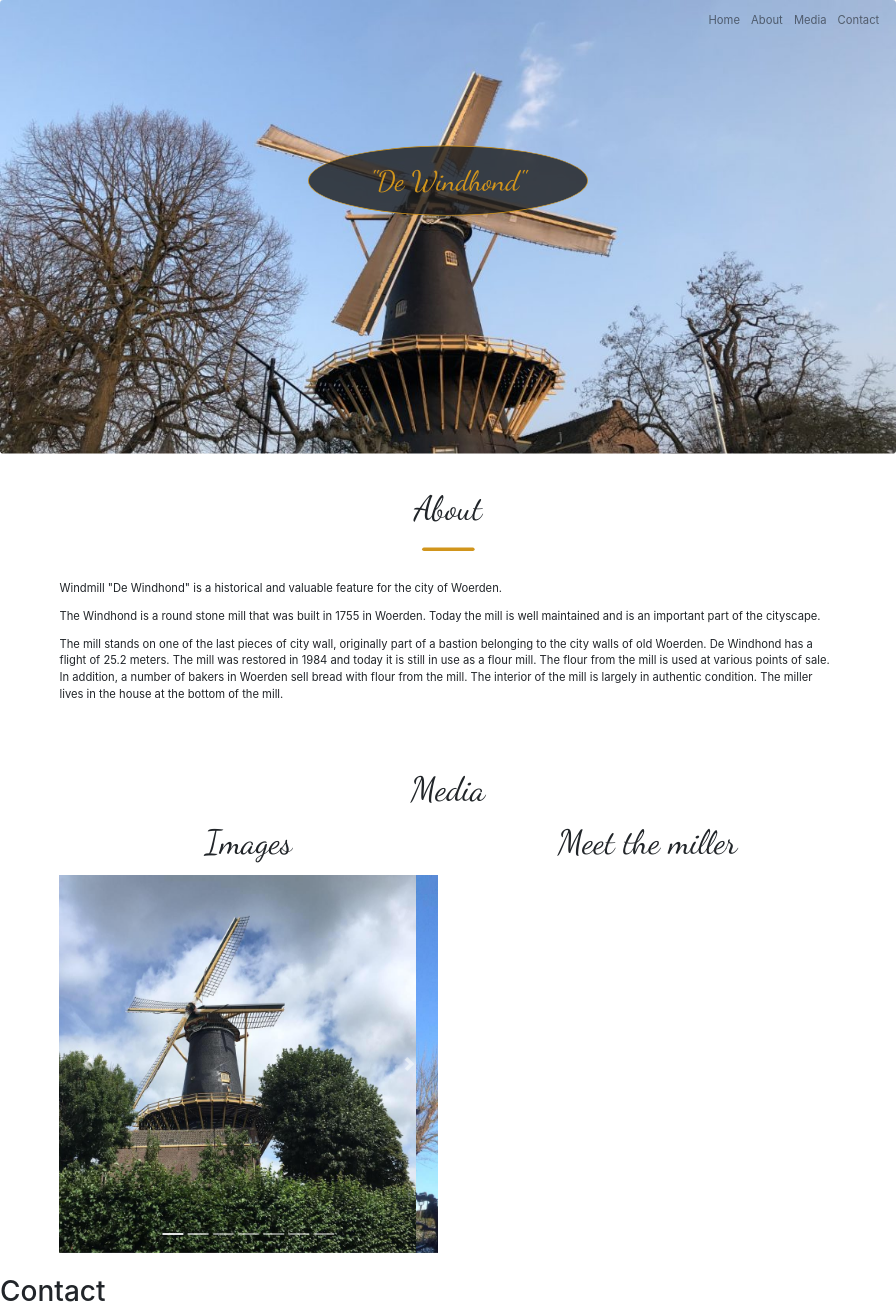
Repository: jdl208/DeWindhond
Page: index.html
The author's editor kept a record of every edit. The page is drawn from the files as they stood at one moment, then again after the next edit.
The browser window is 1280 px wide. The pictures show the whole page, at 70% of full size.
Pictures or frames that could not be fetched are drawn as grey boxes. Some web libraries are served in a nearby version.

Above is the page before.

### index.html
<!DOCTYPE html>
<html lang="en">

<head>
    <meta charset="UTF-8">
    <meta name="viewport" content="width=device-width, initial-scale=1.0">
    <meta http-equiv="X-UA-Compatible" content="ie=edge">
    <title>Windmill "De Windhond"</title>
    <link rel="stylesheet" href="https://stackpath.bootstrapcdn.com/bootstrap/4.3.1/css/bootstrap.min.css" integrity="sha384-ggOyR0iXCbMQv3Xipma34MD+dH/1fQ784/j6cY/iJTQUOhcWr7x9JvoRxT2MZw1T" crossorigin="anonymous">
    <link href="https://fonts.googleapis.com/css?family=Dancing+Script:400,700&display=swap" rel="stylesheet">
    <link rel="stylesheet" href="assets/css/style.css" type="text/css" />

</head>

<body>

    <!-- Header and Navigation-->

    <header class="jumbotron" id="home">
        <nav class="navbar fixed-top navbar-expand-lg navbar-light">
            <div class="navbar-brand" href="#"></div>
            <button class="navbar-toggler" type="button" data-toggle="collapse" data-target="#navbarTogglerDemo02" aria-controls="navbarTogglerDemo02" aria-expanded="false" aria-label="Toggle navigation">
                <span class="navbar-toggler-icon"></span>
            </button>

            <div class="collapse navbar-collapse" id="navbarTogglerDemo02">
                <ul class="navbar-nav ml-auto mt-2 mt-lg-0">
                    <li class="nav-item ml-auto">
                        <a class="nav-link" href="#home">Home <span class="sr-only">(current)</span></a>
                    </li>
                    <li class="nav-item ml-auto">
                        <a class="nav-link" href="#about">About</a>
                    </li>
                    <li class="nav-item ml-auto">
                        <a class="nav-link" href="#media">Media</a>
                    </li>
                    <li class="nav-item ml-auto">
                        <a class="nav-link" href="#contact">Contact</a>
                    </li>
                </ul>
            </div>
        </nav>
        <h1 class="name">"De Windhond"
        </h1>
    </header>

    <!-- About the Mill -->

    <section class="dark-bg-yellow-letters sectioncontainer" id="about">
        <div class="container about">
            <h2>About</h2>
            <hr class="block-divider yellow-divider">
            <p>Windmill "De Windhond" is a historical and valuable feature for the city of Woerden.</P>
            <p>The Windhond is a round stone mill that was built in 1755 in Woerden. Today the mill is well maintained and is an important part of the cityscape.</p>
            <p>The mill stands on one of the last pieces of city wall, originally part of a bastion belonging to the city walls of old Woerden. De Windhond has a flight of 25.2 meters. The mill was restored in 1984 and today it is still in use as a flour
                mill. The flour from the mill is used at various points of sale. In addition, a number of bakers in Woerden sell bread with flour from the mill. The interior of the mill is largely in authentic condition. The miller lives in the house
                at the bottom of the mill.
            </p>
        </div>
    </section>

    <section id="media" class="sectioncontainer mediabox">
        <div class="container ">
            <H2>Media</H2>
            <div class="row">
                <div class="col-md-6 imagebox">
                    <h3>Images</h3>
                    <div id="carouselExampleIndicators" class="carousel slide mediacarroussel" data-ride="carousel">
                        <ol class="carousel-indicators">
                            <li data-target="#carouselExampleIndicators" data-slide-to="0" class="active"></li>
                            <li data-target="#carouselExampleIndicators" data-slide-to="1"></li>
                            <li data-target="#carouselExampleIndicators" data-slide-to="2"></li>
                            <li data-target="#carouselExampleIndicators" data-slide-to="3"></li>
                            <li data-target="#carouselExampleIndicators" data-slide-to="4"></li>
                            <li data-target="#carouselExampleIndicators" data-slide-to="5"></li>
                            <li data-target="#carouselExampleIndicators" data-slide-to="6"></li>
                        </ol>
                        <div class="carousel-inner">
                            <div class="carousel-item active">
                                <img src="assets/images/img1.jpg" class="d-block" alt="...">
                            </div>
                            <div class="carousel-item">
                                <img src="assets/images/img2.jpg" class="d-block" alt="...">
                            </div>
                            <div class="carousel-item">
                                <img src="assets/images/img3.jpg" class="d-block" alt="...">
                            </div>
                            <div class="carousel-item">
                                <img src="assets/images/img4.jpg" class="d-block" alt="...">
                            </div>
                            <div class="carousel-item">
                                <img src="assets/images/img5.jpg" class="d-block" alt="...">
                            </div>
                            <div class="carousel-item">
                                <img src="assets/images/img6.jpg" class="d-block" alt="...">
                            </div>
                            <div class="carousel-item">
                                <img src="assets/images/img7.jpg" class="d-block" alt="...">
                            </div>
                        </div>
                        <a class="carousel-control-prev" href="#carouselExampleIndicators" role="button" data-slide="prev">
                        <span class="carousel-control-prev-icon" aria-hidden="true"></span>
                        <span class="sr-only">Previous</span>
                    </a>
                        <a class="carousel-control-next" href="#carouselExampleIndicators" role="button" data-slide="next">
                        <span class="carousel-control-next-icon" aria-hidden="true"></span>
                        <span class="sr-only">Next</span>
                    </a>
                    </div>
                </div>
                <div class="col-md-6">
                    <h3>Meet the miller</h3>
                    <iframe width="100%" height="315" src="https://www.youtube.com/embed/lAjF5r5rAqM" frameborder="0" allow="accelerometer; autoplay; encrypted-media; gyroscope; picture-in-picture" allowfullscreen></iframe>
                </div>
            </div>
        </div>
    </section>
    <section class="contact">
    <h1>Contact</h1>

    </section>

    <script src="https://code.jquery.com/jquery-3.3.1.slim.min.js" integrity="sha384-q8i/X+965DzO0rT7abK41JStQIAqVgRVzpbzo5smXKp4YfRvH+8abtTE1Pi6jizo" crossorigin="anonymous"></script>
    <script src="https://cdnjs.cloudflare.com/ajax/libs/popper.js/1.14.7/umd/popper.min.js" integrity="sha384-UO2eT0CpHqdSJQ6hJty5KVphtPhzWj9WO1clHTMGa3JDZwrnQq4sF86dIHNDz0W1" crossorigin="anonymous"></script>
    <script src="https://stackpath.bootstrapcdn.com/bootstrap/4.3.1/js/bootstrap.min.js" integrity="sha384-JjSmVgyd0p3pXB1rRibZUAYoIIy6OrQ6VrjIEaFf/nJGzIxFDsf4x0xIM+B07jRM" crossorigin="anonymous"></script>
    <script src="https://kit.fontawesome.com/70761e8d6e.js"></script>

</body>

</html>

### assets/css/style.css
@import url('https://fonts.googleapis.com/css?family=Dancing+Script:400,700&display=swap');

/* ---------------------------------------------- Colors */

.dark-bg {
    color: rgb(209, 149, 28);
    background-color: rgba(29, 29, 29, 1);
}
.light-bg {
    background-color: rgb(209, 149, 28);
    color: rgb(29, 29, 29);
}
.block-divider {
    width: 75px;
    height: 5px;
    border: 0;
    border-radius: 15px;
    margin-bottom: 40px;
}

.yellow-divider {
        background-color: rgb(209, 149, 28);
}

.dark-divider {
        background-color: rgb(29, 29, 29);
}

/* ---------------------------------------------- Heading */

h2,
h3 {
    font-family: "dancing script";
    text-align: center;
    font-size: 3rem;
    padding-bottom: 10px;
}

/* ---------------------------------------------- Header and navbar */

.navbar {
    background: none;
}

.navbar-light {
    color: rgba(29, 29, 29, 1);
}

.jumbotron {
    height: 90vh;
    background: url(../images/mill-outside-full.jpg);
    background-position: top;
    background-size: cover;
    background-repeat: no-repeat;
    margin-bottom: 0;
}

.name {
    color: rgb(209, 149, 28);
    background-color: rgba(29, 29, 29, 0.8);
    border: rgb(209, 149, 28) solid 1px;
    height: 100px;
    width: 400px;
    max-width: 75vw;
    padding-top: 25px;
    border-radius: 100%;
    margin: auto;
    margin-top: 20vh;
    text-align: center;
    font-family: "dancing script";
}

/* ---------------------------------------------- About */

/* ---------------------------------------------- Media */

.carousel-item {
    height: 75vh;
    background-color: rgba(29, 29, 29, 0.2);
}

.sectioncontainer {
    padding-top: 50px;
    padding-bottom: 30px;
}

.carousel-item img {
    margin: auto;
    height: 75vh;
}

After the next edit:
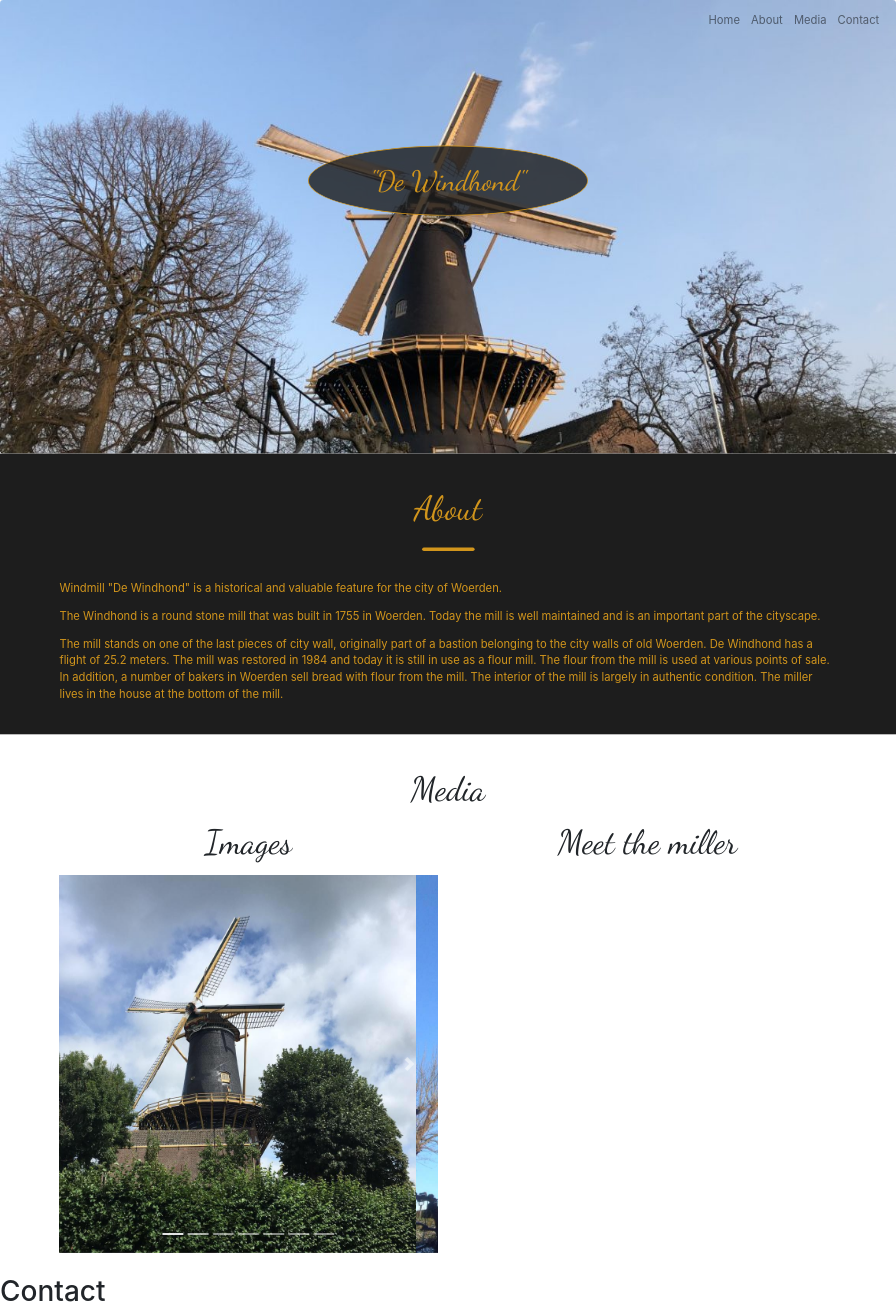
The edit:
--- a/index.html
+++ b/index.html
@@ -46,7 +46,7 @@
 
     <!-- About the Mill -->
 
-    <section class="dark-bg-yellow-letters sectioncontainer" id="about">
+    <section class="dark-bg sectioncontainer" id="about">
         <div class="container about">
             <h2>About</h2>
             <hr class="block-divider yellow-divider">
